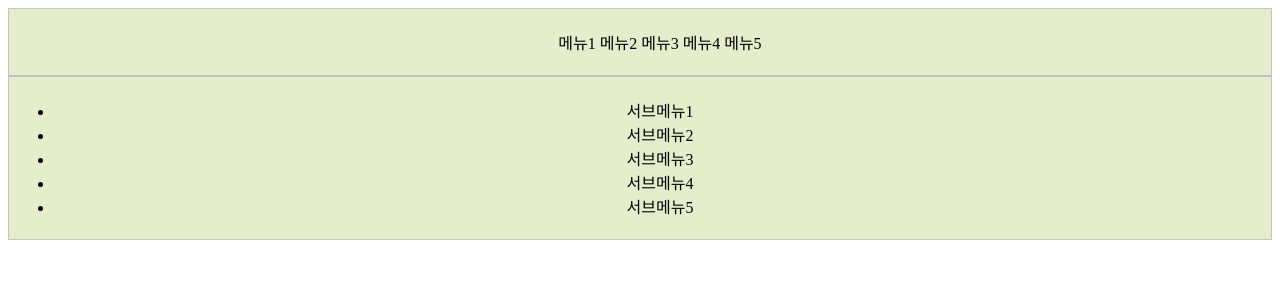
Repository: Ahn-jeong/javabasic
Page: 1.BasicJava/workspace/basic/WebContent/1024/기본슬라이드.html
These files come from the project's save history. The page is drawn as it stood at one moment and after the next save; the edit follows.
The browser window is 1280 px wide. The pictures show the whole page.

Above is the page before, as saved 2019-10-24 04:43:40.

After the next save:
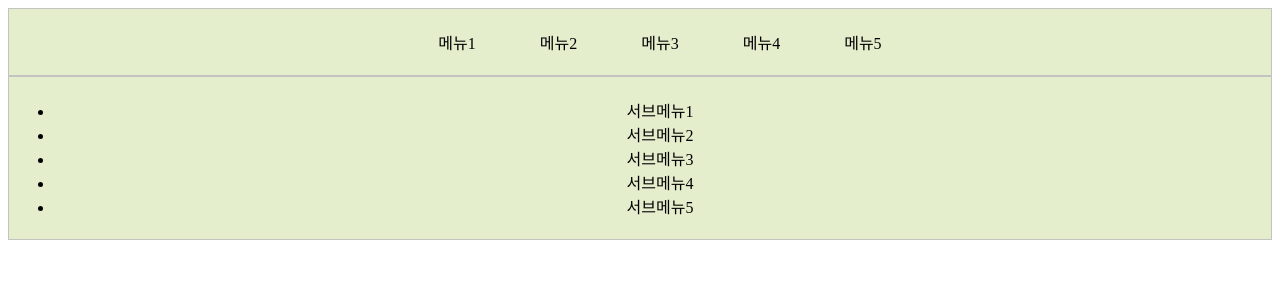
Saved 39 s later.
--- a/1.BasicJava/workspace/basic/WebContent/1024/기본슬라이드.html
+++ b/1.BasicJava/workspace/basic/WebContent/1024/기본슬라이드.html
@@ -15,6 +15,7 @@
 		#flip ul li{
 			list-style: none;
 			display: inline-block;
+			margin:0 30px;
 		}
 
 	</style>
